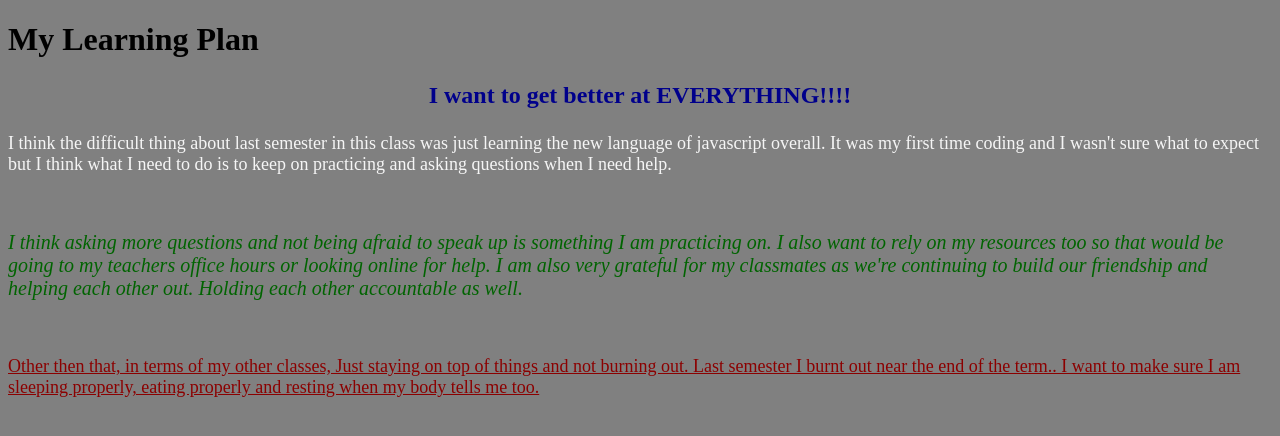
Repository: boofoo-png/mdia-2109
Page: Lab 3/learning-plan.html
The author's editor kept a copy of each file at every save. The page is drawn from the files as they stood at one save, then again after a run of saves.
The browser window is 1280 px wide. The pictures show the whole page.

Above is the page before, as saved 2026-02-02 11:13:09.

### Lab 3/learning-plan.html
<!doctype html>
<html lang="en">
    <head>
        <meta charset="UTF-8" />
        <meta name="viewport" content="width=device-width, initial-scale=1.0" />
        <title class="title">Learning Plan</title>
        <link rel="stylesheet" href="styles.css" />
    </head>
    <body>
        <h1>My Learning Plan</h1>
        <p class="title">I want to get better at EVERYTHING!!!!</p>
        <p class="intro">
            I think the difficult thing about last semester in this class was
            just learning the new language of javascript overall. It was my
            first time coding and I wasn't sure what to expect but I think what
            I need to do is to keep on practicing and asking questions when I
            need help.
        </p>
        <br />
        <p class="maingoal">
            I think asking more questions and not being afraid to speak up is
            something I am practicing on. I also want to rely on my resources
            too so that would be going to my teachers office hours or looking
            online for help. I am also very grateful for my classmates as we're
            continuing to build our friendship and helping each other out.
            Holding each other accountable as well.
        </p>
        <br />
        <p class="ending">
            Other then that, in terms of my other classes, Just staying on top
            of things and not burning out. Last semester I burnt out near the
            end of the term.. I want to make sure I am sleeping properly, eating
            properly and resting when my body tells me too.
        </p>
    </body>
</html>

### Lab 3/styles.css
.title {
    color: aquamarine;
    display: flex;
    justify-content: center;
}



p.title {
    font-size: 24px;
    font-weight: bold;
    color: darkblue;
}

p.intro {
    font-size: 18px;
    color: whitesmoke;
}

p.maingoal {
    font-size: 20px;
    font-style: italic;
    color: darkgreen;
}

p.ending {
    font-size: 18px;
    text-decoration: underline;
    color: darkred;
}

body {
    background-color: grey;
}

After the next 2 saves:
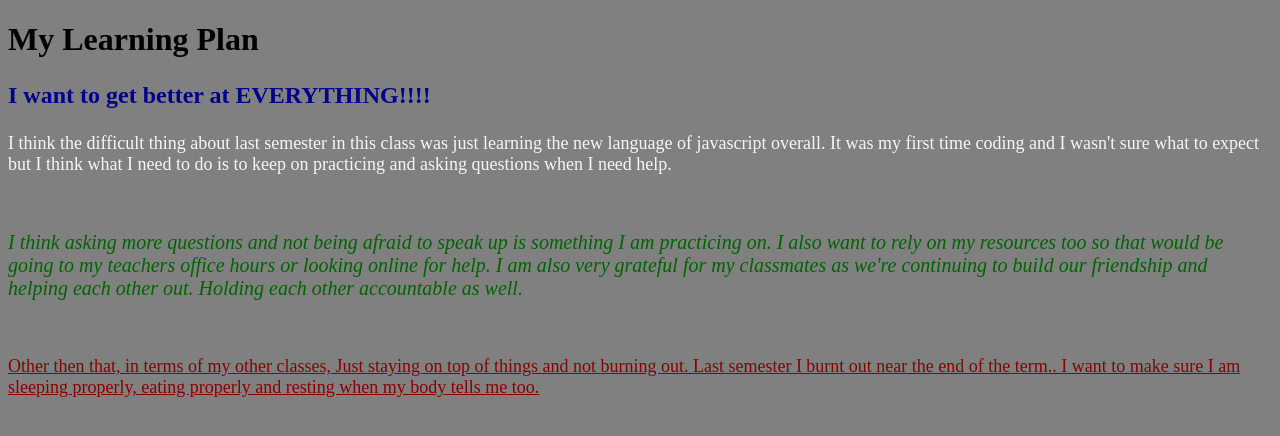
The 2 saves are shown as one change because they came seconds apart.
The last was saved 16 s later.
--- a/Lab 3/styles.css
+++ b/Lab 3/styles.css
@@ -1,11 +1,3 @@
-.title {
-    color: aquamarine;
-    display: flex;
-    justify-content: center;
-}
-
-
-
 p.title {
     font-size: 24px;
     font-weight: bold;
